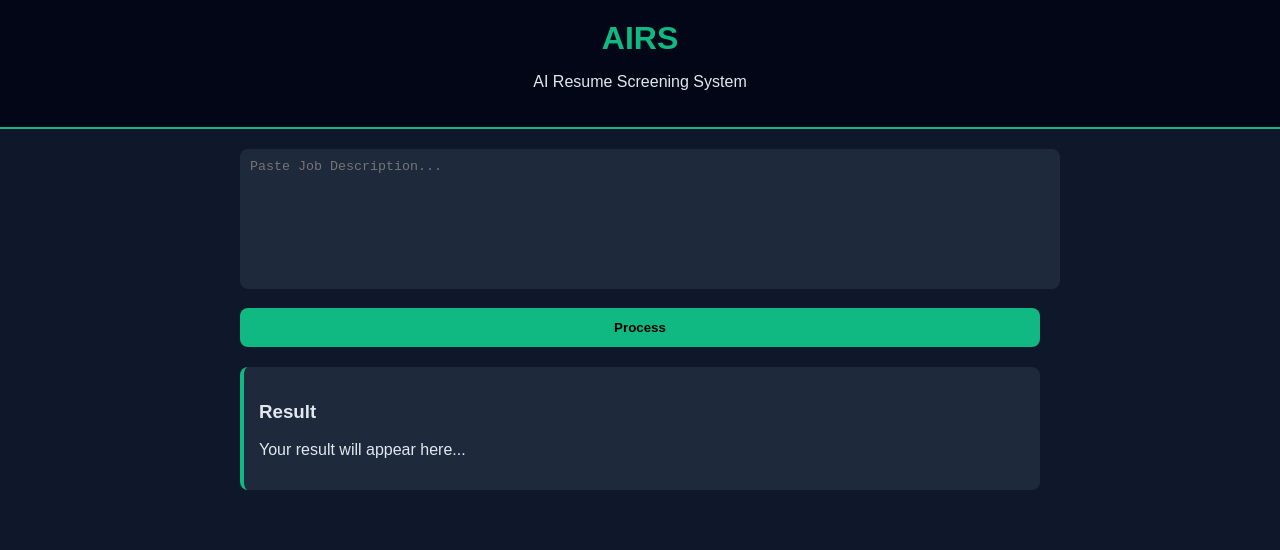
Repository: Sneha-kumari04/AIRS
Page: http://localhost/
An editor plug-in stored every save of this project. The page is shown before and after a run of saves, followed by the edit.
The browser window is 1280 px wide. The pictures show the whole page.
The page is served by the project's application, run on Flask 3 (app.py).

Above is the page before, as saved 2026-04-25 20:04:15.

After the next 4 saves:
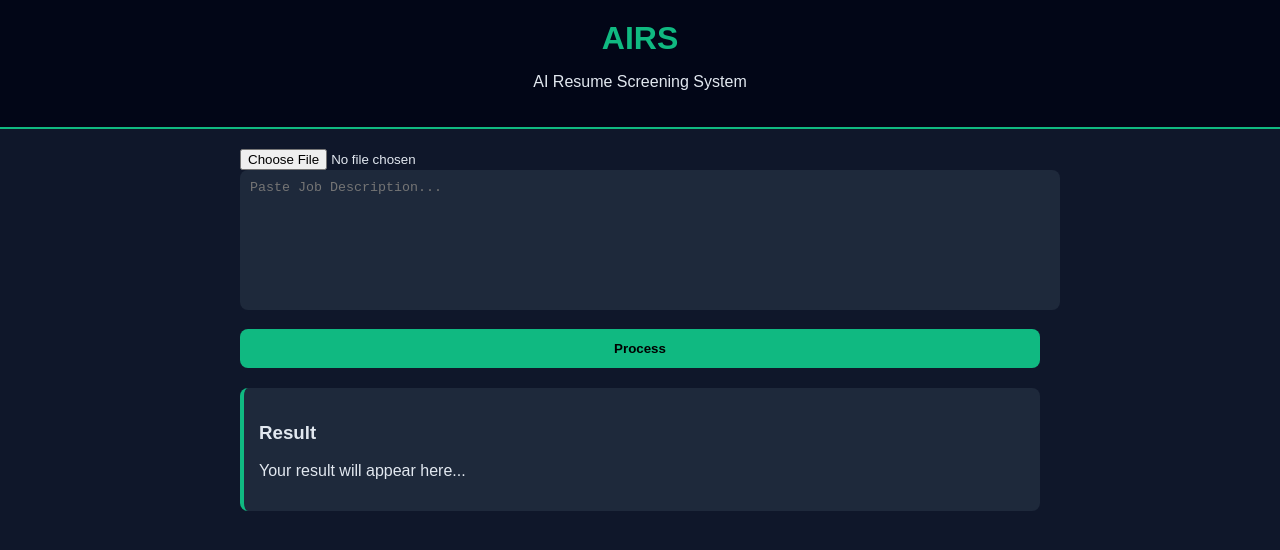
The 4 saves are shown as one change because they came seconds apart.
The last was saved 13 s later.
--- a/templates/index.html
+++ b/templates/index.html
@@ -15,10 +15,7 @@
 </header>
 
 <div class="container">
-
-
-
-
+    <input type="file" id="resumeFile" accept=".pdf,.txt">
     <textarea id="job" placeholder="Paste Job Description..."></textarea>
 
     <button onclick="analyze()">Process</button>
